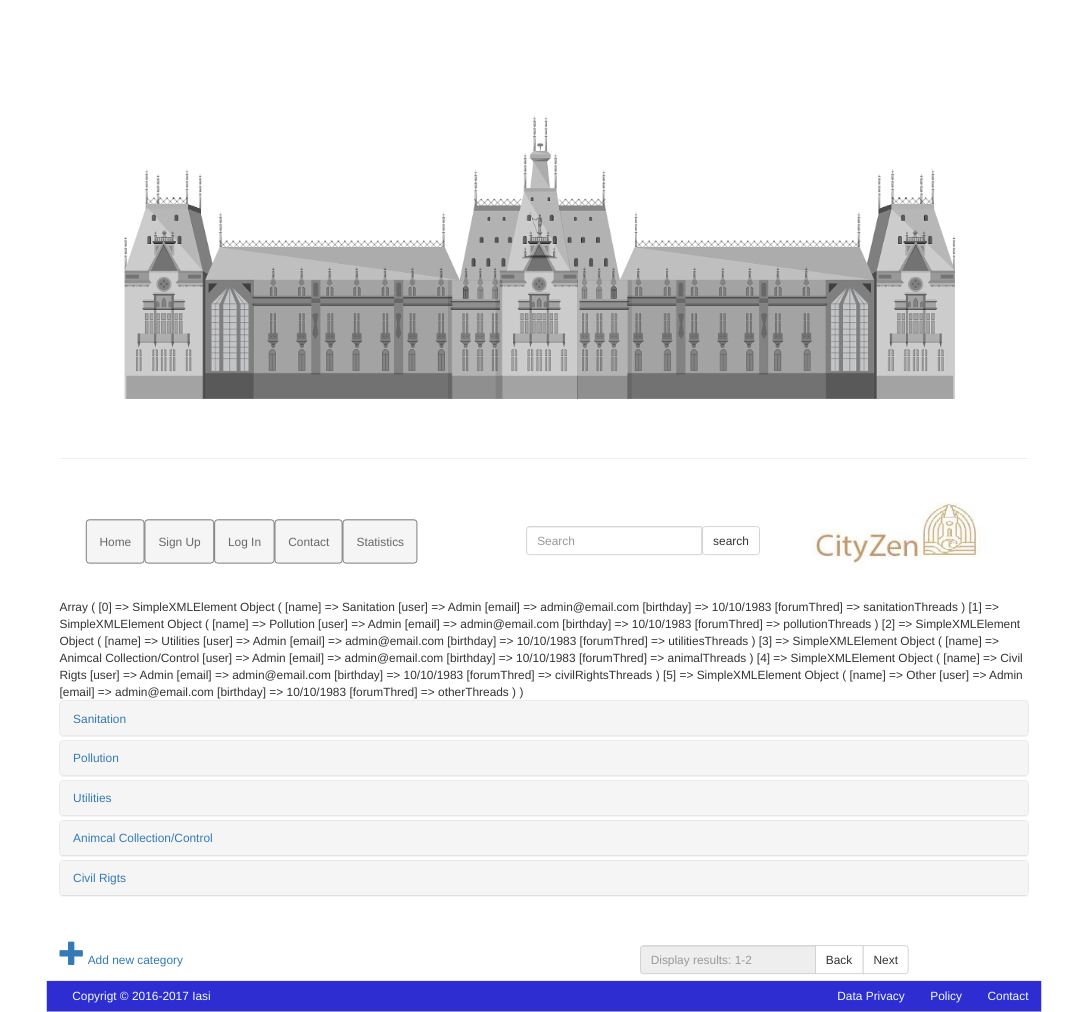
Repository: ciprianchistruga/project
Page: http://localhost/index.php?phpPage=home
The author's editor kept a record of every edit. The page is drawn from the files as they stood at one moment, then again after the next edit.
The browser window is 1280 px wide. The pictures show the whole page, at 85% of full size.
The page is run by PHP 8.4 with error messages shown; the project is at /var/www/html/.

Above is the page before.

### workspace/index.php
<!DOCTYPE html>

<html>
    <head>

        <title>Home page</title>
         <link href="css/bootstrap/bootstrap.min.css" rel="stylesheet">
         <link href="css/custom.css" rel="stylesheet">
    </head>

    <body>

        <div class="container">
             <div class="page-header">
                 <img src="img/img-palat-faded-intro.png" class="img-responsive" alt="Palatul Culturii"/>
             </div>

             <nav class="navbar navbar-light col-md-9 custom-top-position">
              <div class="container-fluid">
                <ul class="nav navbar-nav custom-nav-text-color">
                  <li class="active nav-item"><a href="index.php?phpPage=home" class="nav-link well">Home</a></li>
                  <li class="nav-item"><a href="index.php?phpPage=signup" class="nav-link well">Sign Up</a></li>
                  <li class="nav-item"><a href="index.php?phpPage=login" class="nav-link well">Log In</a></li>
                  <li class="nav-item"><a href="index.php?phpPage=contact" class="nav-link well">Contact</a></li>
                  <li class="nav-item"><a href="index.php?phpPage=statistics" class="nav-link well">Statistics</a></li>
                </ul>
                <div class="navbar-right custom-header-search">
                    <form class="navbar-form"  action="<?php $_SERVER['PHP_SELF']?>" method="post">
                        <div class="input-group">
                            <input type="text" class="form-control" placeholder="Search" name="subject" ><!--name="phpPage"-->
                                <div class="input-group-btn">
                                    <a href="index.php?phpPage=search"><input type="button" class="btn btn-default" value="search" name="search"></a>
                                </div>

                       </div>
                    </form>
                </div>
              </div>
            </nav>
             <div class="col-md-3">
                    <a class="navbar-brand" href="index.php"><img src="img/cityzen.jpeg" class="img-responsive to-disappear" alt="CityZen logo"/></a>
            </div>
        </div>


         <div class="container">
        <?php

        $page = $_GET['phpPage'];

        //display dynamic page
        switch($page) {
            case "home":
                include('php/Home.php');
                break;
            case "signup":
                include('php/SignUp.php');
                break;
            case "login":
                include('php/LogIn.php');
                break;
            case "contact":
                include('php/Contact.php');
                break;
            case "statistics":
                include('php/Statistics.php');
                break;
            case "addCategory":
                include('php/AddCategory.php');
                break;
            case "search":
                include('php/Search.php');
                break;
            case "confirmEmail":
                include('php/SignUpConfirmation.html');
                break;
            case "loginSuccess":
                include('php/LoginSuccess.html');
                break;
            case "threads":
                include('php/Categories/ThreadsList.php');
            break;
            case "addThread":
                include('php/Categories/AddThreads.php');
            break;
            case "threadView":
                include('php/Categories/ViewThread.php');
            break;
            default:
                include('php/Home.php');
                break;
        }

        ?>
        </div>

        <div class="container custom-footer">


                <footer>

                    <p class="navbar-form col-md-9">Copyrigt &copy; 2016-2017 Iasi</p>
                     <p class="navbar-form col-md-1 navbar-right">Contact</p>
                      <p class="navbar-form col-md-1 navbar-right">Policy</p>
                       <p class="navbar-form col-md-1 navbar-right">Data Privacy</p>

                </footer>

        </div>



    </body>

</html>

### workspace/php/Home.php


            <section>
             <div class="panel-group" id="home">
                  <?php

                  $xml=simplexml_load_file("xml/homeCategories.xml") or die("Error: Cannot find source");
                  $totalRows = $xml->count();
                  $array = (array) $xml;
                  $array = array_values($array);

                session_start();
                $_SESSION['start'] = ((isset($_SESSION['start'])) ? $_SESSION['start'] : 0);
                $_SESSION['page'] = ((isset($_SESSION['page'])) ? $_SESSION['page'] : 0);
                if(isset($_POST['next']))
                {
                     if(($_SESSION['start']+5)<$totalRows){
                   $_SESSION['start'] = $_SESSION['start'] +5;
                   $_SESSION['page']++;
                    }
                }
                if(isset($_POST['back']))
                {
                    if($_SESSION['start']>0){
                   $_SESSION['start'] = $_SESSION['start'] - 5;
                   $_SESSION['page']--;
                    }
                }

                $limit=$_SESSION['start'] + 5;
                print_r(array_values($array));
                  //display the first categories from homeCategories.xml
                  for ($x = $_SESSION['start']; $x < $limit; $x++) {
                    if(isset($array[$x])){
                    echo "<div class='panel panel-default'>
                          <div class='panel-heading' id='categoryName'><a href=''>".$array[$x]->name."</a></div>
                          </div>";
                    }
                }
                    ?>

          </section>

          <section  class="custom-top-position">

              <div class="row">
                  <div class="col-md-7">
                     <p> <a href="index.php?phpPage=addCategory"><span class="glyphicon glyphicon-plus"></span> Add new category</a></p>
                  </div>
                   <div>
                       <form class="navbar-form col-md-6" action="<?php $_SERVER['PHP_SELF']?>" method="post">
                           <div class="input-group">
                            <input type="text" class="form-control" placeholder="Display results: <?php echo ($_SESSION['page']+1).'-'.ceil($totalRows/5);?>". disabled/>
                            <div class="input-group-btn">
                                <button class="btn btn-default" type="submit" id="back" name="back">Back</button>
                                <button class="btn btn-default" type="submit" id="next" name="next">Next</button>
                            </div>

                            </div>
                       </div>
                    </form>
                   </div>

          </section>

### workspace/xml/homeCategories.xml
<?xml version="1.0" encoding="ISO-8859-1"?>
<categories>

    <Sanitation>
        <name>Sanitation</name>
        <user>Admin</user>
        <email>admin@email.com</email>
        <birthday>10/10/1983</birthday>
        <forumThred>sanitationThreads</forumThred>
    </Sanitation>

    <Pollution>
        <name>Pollution</name>
        <user>Admin</user>
        <email>admin@email.com</email>
        <birthday>10/10/1983</birthday>
        <forumThred>pollutionThreads</forumThred>
    </Pollution>

    <Utilities>
        <name>Utilities</name>
        <user>Admin</user>
        <email>admin@email.com</email>
        <birthday>10/10/1983</birthday>
        <forumThred>utilitiesThreads</forumThred>
    </Utilities>

    <AnimcalCollection>
        <name>Animcal Collection/Control</name>
        <user>Admin</user>
        <email>admin@email.com</email>
        <birthday>10/10/1983</birthday>
        <forumThred>animalThreads</forumThred>
    </AnimcalCollection>

    <CivilRigts>
        <name>Civil Rigts</name>
        <user>Admin</user>
        <email>admin@email.com</email>
        <birthday>10/10/1983</birthday>
        <forumThred>civilRightsThreads</forumThred>
    </CivilRigts>

    <Other>
        <name>Other</name>
        <user>Admin</user>
        <email>admin@email.com</email>
        <birthday>10/10/1983</birthday>
        <forumThred>otherThreads</forumThred>
    </Other>
</categories>

### workspace/css/custom.css
.custom-nav-text-color a
{
    color: #686868  !important;
}

.well {
    border-color: #686868;
}

.custom-top-position {
    margin-top:50px;
}

.custom-footer {
    padding: 20;
    background-color: #2d2dd2;
    color: #F0FFFF;
}

.glyphicon-plus {
    font-size: 30px;
}

@media screen and (max-width: 1000px) {
    .to-disappear {
        visibility: hidden;
        display: none;
    }
}

#map {
        height: 100px;
        width: 100%;
       }

Loaded but not shown: workspace/css/bootstrap/bootstrap.min.css (library)

After the next edit:
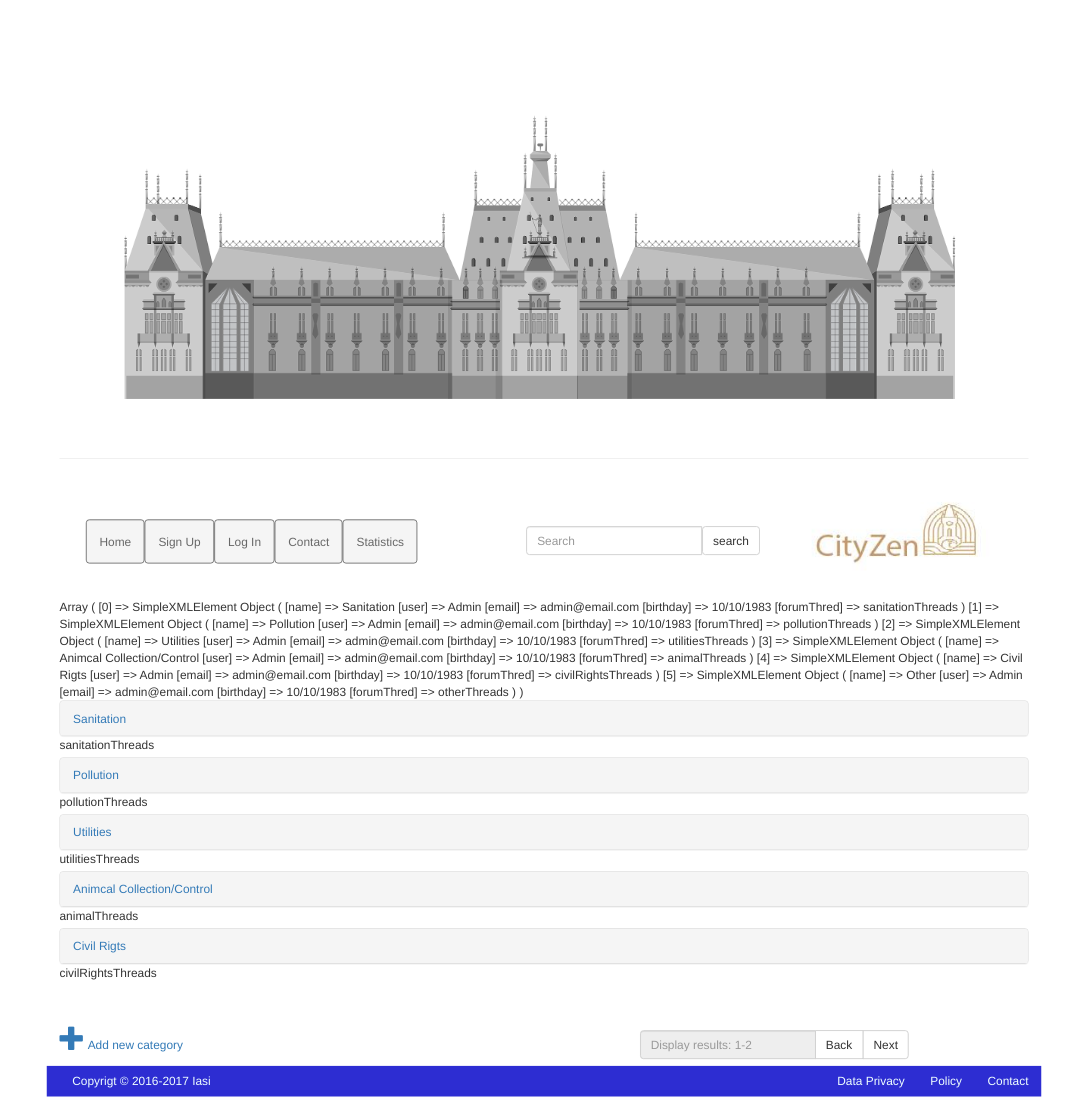
The edit:
--- a/workspace/php/Home.php
+++ b/workspace/php/Home.php
@@ -35,6 +35,7 @@
                     echo "<div class='panel panel-default'>
                           <div class='panel-heading' id='categoryName'><a href=''>".$array[$x]->name."</a></div>
                           </div>";
+                          echo $array[$x]->forumThred;
                     }
                 }
                     ?>
